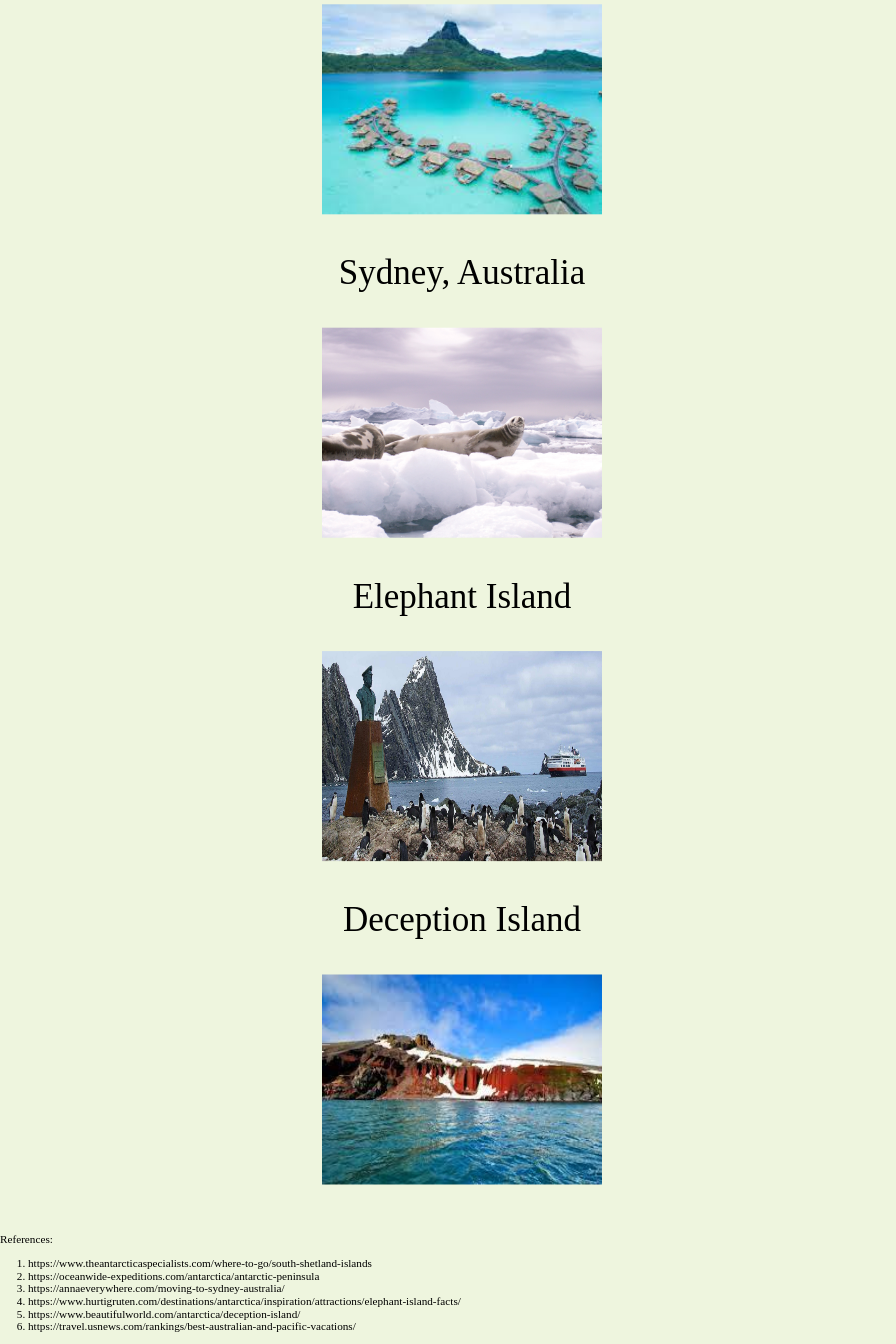
Repository: alharama/StaticWebsite
Page: au_page.html
These files come from the project's save history. The page is drawn as it stood at one moment and after the next save; the edit follows.
The browser window is 1280 px wide. The pictures show the part of the page from y = 1263 to 3183 px (the page is 3183 px tall), at 70% of full size.

Above is the page before, as saved 2021-09-29 22:39:07.

After the next save:
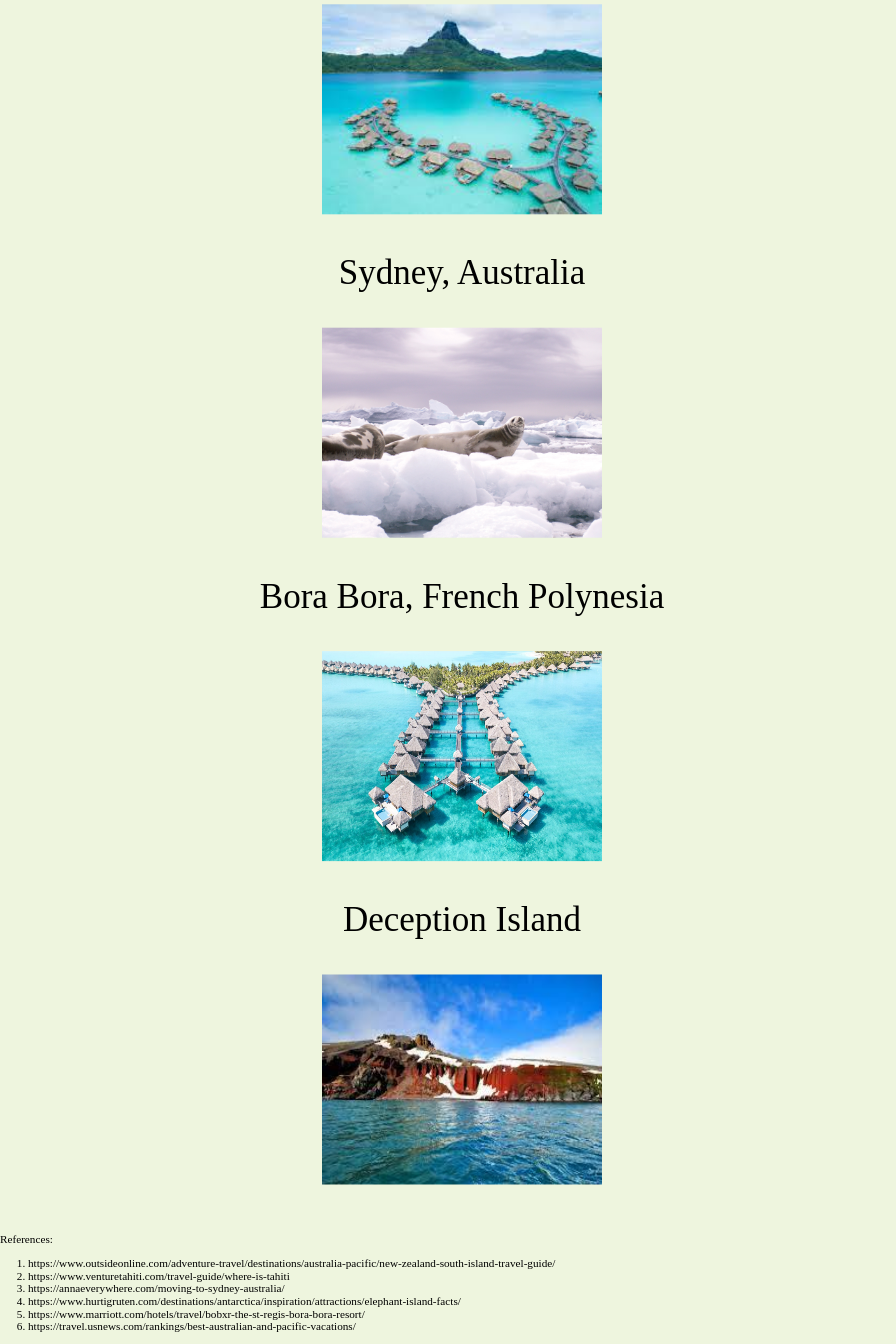
Saved 2 min 22 s later.
--- a/au_page.html
+++ b/au_page.html
@@ -154,8 +154,8 @@
             <span><img id = "dest" src="images/Tahiti.jpeg" alt="Tahiti">  </span>
             <li> Sydney, Australia</li>
             <span><img id = "dest" src="images/Wedell.jpeg" alt = "Sydney">  </span>
-            <li> Elephant Island</li>
-            <span><img id = "dest" src="images/ElephantIsland.jpeg" alt="Elephant Island">  </span>
+            <li> Bora Bora, French Polynesia</li>
+            <span><img id = "dest" src="images/Bora.jpeg" alt="Bora Bora">  </span>
             <li> Deception Island</li>
             <span><img id="dest" src="images/Deception.jpeg" alt="Deception Island">  </span>
 
@@ -169,11 +169,11 @@
         References:
 
         <ol>
-            <li>https://www.theantarcticaspecialists.com/where-to-go/south-shetland-islands</li>
-            <li>https://oceanwide-expeditions.com/antarctica/antarctic-peninsula</li>
+            <li>https://www.outsideonline.com/adventure-travel/destinations/australia-pacific/new-zealand-south-island-travel-guide/</li>
+            <li>https://www.venturetahiti.com/travel-guide/where-is-tahiti</li>
             <li>https://annaeverywhere.com/moving-to-sydney-australia/</li>
             <li>https://www.hurtigruten.com/destinations/antarctica/inspiration/attractions/elephant-island-facts/</li>
-            <li>https://www.beautifulworld.com/antarctica/deception-island/</li>
+            <li>https://www.marriott.com/hotels/travel/bobxr-the-st-regis-bora-bora-resort/</li>
             <li>https://travel.usnews.com/rankings/best-australian-and-pacific-vacations/</li>
         </ol>
 
